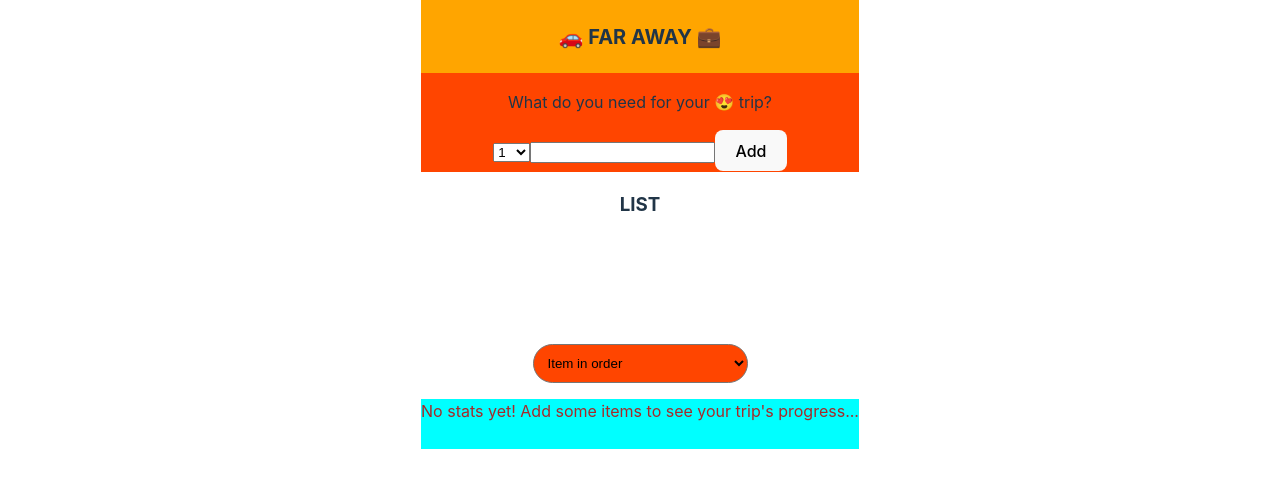
Repository: Celebration-cloud/Trip-Add-To-List
Page: /
These files come from the project's save history. The page is drawn as it stood at one moment and after a run of saves; the edit follows.
The browser window is 1280 px wide. The pictures show the whole page.
The project was rebuilt for these pictures with package versions that can differ from the ones it lists, and the page was loaded fresh each time. Also part of the build but not shown: vite.config.js.

Above is the page before, as saved 2023-10-29 17:28:16.

After the next 3 saves:
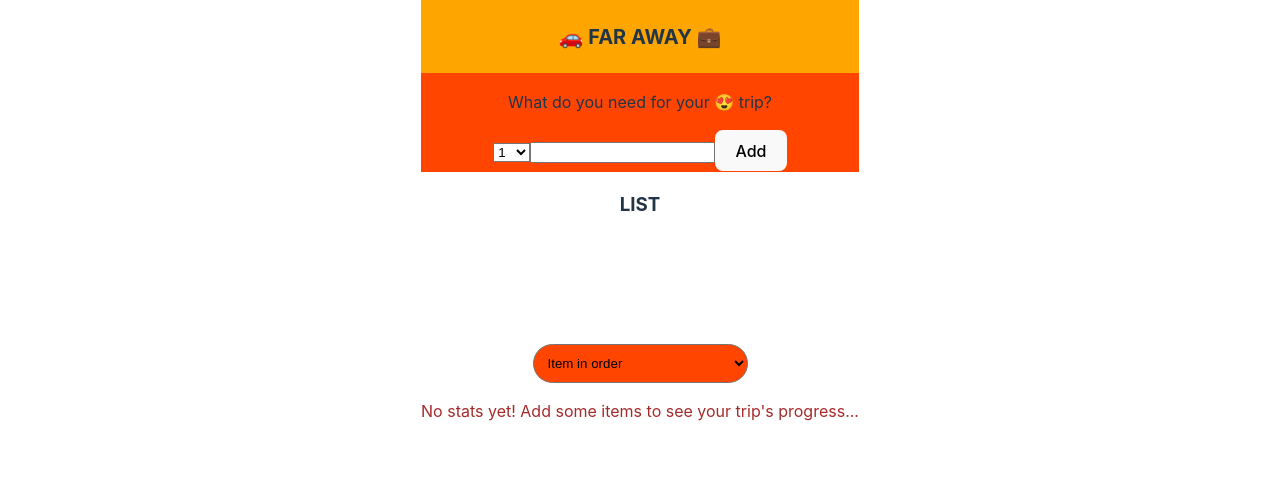
The 3 saves are shown as one change because they came seconds apart.
The last was saved 9 s later.
--- a/src/Trip-List/TripList.css
+++ b/src/Trip-List/TripList.css
@@ -4,7 +4,7 @@
             height: "30px",
             width: "100%", */
 .static{
-    place-self: end;
+    place
     background-color: aqua;
     color: brown;
     height: 50px;
